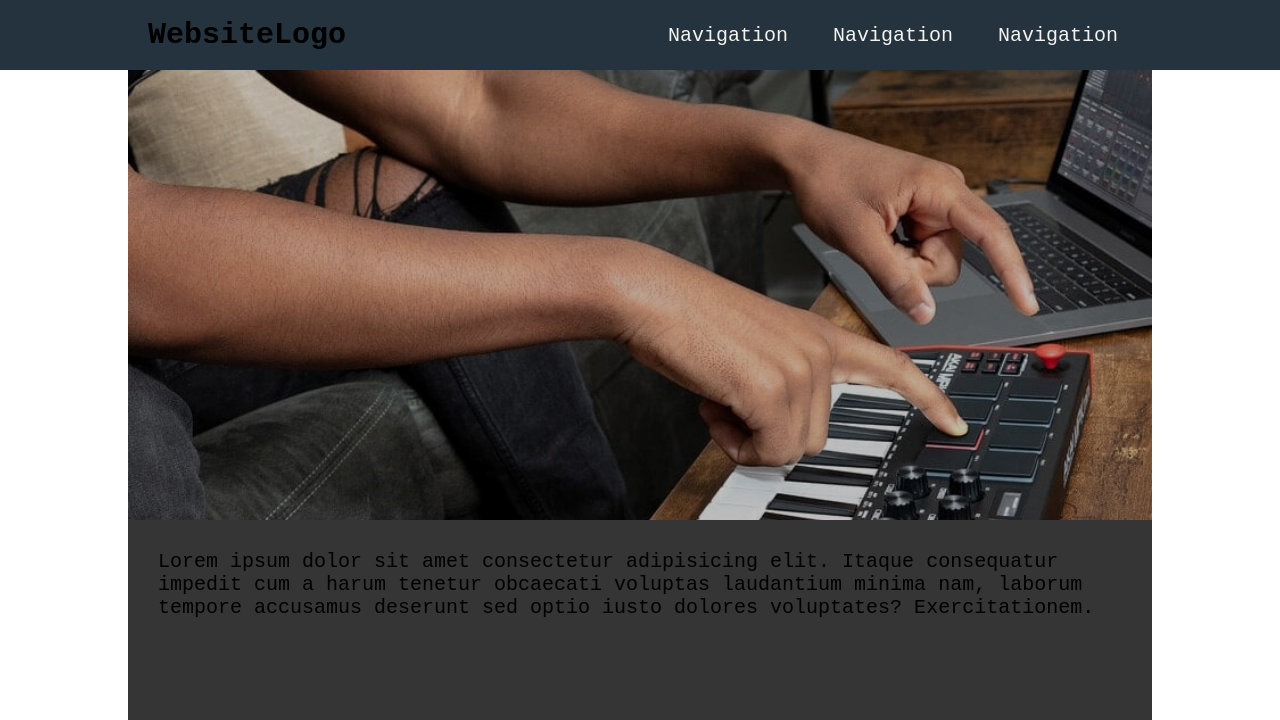
Repository: piotrokrutniak/Projekt-Studia
Page: index.html
These files come from the project's save history. The page is drawn as it stood at one moment and after the next save; the edit follows.
The browser window is 1280 px wide. The pictures show the whole page.

Above is the page before, as saved 2023-03-04 14:13:24.

### index.html
<!DOCTYPE html>
<head>
    <meta charset="UTF-8" />
    <meta http-equiv="X-UA-Compatible" content="IE=edge" />
    <meta name="viewport" content="width=device-width, initial-scale=1.0" />
    <link rel="stylesheet" type="text/css" href="styles.css" />
    <title>Website Title</title>
</head>
<body>
    <div class="navbar-container">
        <div class="navbar">
            <div class="logo">
                <div class="logo-contents">
                    WebsiteLogo
                </div>
            </div>
            <div class="navigation">
                <a href="/index" class="navigation-link">
                    <div class="navigation-button">
                        Navigation
                    </div>
                </a>
                <a href="/index" class="navigation-link">
                    <div class="navigation-button">
                        Navigation
                    </div>
                </a>
                <a href="/index" class="navigation-link">
                    <div class="navigation-button">
                        Navigation
                    </div>
                </a>
            </div>
        </div>
    </div>

    <div class="main-section">
        <div class="carousel-section">
            <img class="carousel-img" src="img/Hero-2.jpg" alt="MIDI controller on a table">
            <div class="carousel-desc">
                Lorem ipsum dolor sit amet consectetur adipisicing elit. Itaque consequatur impedit cum a harum tenetur obcaecati voluptas laudantium minima nam, laborum tempore accusamus deserunt sed optio iusto dolores voluptates? Exercitationem.

            </div>
        </div>
        <div class="text-section">
        Lorem ipsum dolor sit amet consectetur adipisicing elit. Itaque consequatur impedit cum a harum tenetur obcaecati voluptas laudantium minima nam, laborum tempore accusamus deserunt sed optio iusto dolores voluptates? Exercitationem.
        </div>
    </div>
</body>

### styles.css
:root{
    --nav-link-width: 150px;
}

body{
    font-family: monospace;
    margin: 0;
    min-width: 328px;
}

.navbar-container{
    width: 100%;
    height: 70px;
    background: rgb(36, 51, 61);
    position: sticky;
    top: 0;
    max-width: 100%;
    overflow: hidden;

}

.navbar{
    position: relative;
    max-width: 1024px;
    min-width: 328px;
    height: 50px;
    top: 0px;
    margin: auto;
    display: flex;
    flex-direction:row;
    justify-content: space-between;
    top: 50%;
    -ms-transform: translateY(-50%);
    transform: translateY(-50%);
    font-size: 20px;
}

a{
    text-decoration: none;
    color:rgba(245, 242, 238);
}

.navigation{
    display: grid;
    grid-template-columns: var(--nav-link-width) var(--nav-link-width) var(--nav-link-width);
    grid-gap: 15px;
    padding-right: 20px;
}

.navigation-link{
    position: relative;
    padding-left: 15px;
    padding-right: 15px;
    transition: 0.15s;
    transition-timing-function: ease-in-out;
    border: 1px solid;
    border-radius: 5px;
    border-color: rgba(255, 255, 255, 0);
}

.navigation-link:hover{
    border-color: rgba(255, 255, 255, 0.103);

}

.navigation-button{
    text-align: center;
    position: relative;
    top: 50%;
    -ms-transform: translateY(-50%);
    transform: translateY(-50%);
}

.logo{
    position: relative;
    height: 49px;
    padding-left: 20px;
    padding-right: 20px;
    font-weight: 900;
    font-size: 30px;
}

.logo-contents{
    text-align: center;
    position: relative;
    top: 50%;
    -ms-transform: translateY(-50%);
    transform: translateY(-50%);
}

.main-section{
    position: relative;
    max-width: 1024px;
    min-width: 328px;
    min-height: calc(100vh - 70px);
    margin: auto;
    font-size: 20px;
    background: rgb(53, 53, 53);
}

.carousel-section{
    position: relative;
    width: 100%;
    height: 450px;
    background: floralwhite;
}

@media screen and (max-width:750px){
    .carousel-section{
        min-height: 300px;
        height: auto;
    }
}

.carousel-section{
    background: black;
    max-width: 100%;
    width: 100%;
    text-align:center;
    position: sticky;
    margin: auto;
    max-height:calc(100vh - 80px);
    min-height: 250px;
    overflow: hidden;
}

.carousel-img{
    width: 100%;
    max-height:calc(100vh - 80px);
    display: flex;
    position: sticky;
    flex-shrink:0;
    object-fit:cover;
    min-height: 250px;

    object-fit: cover;
    opacity: 0.75;
}

.carousel-desc{
    position: absolute;
    top: -200px;
    width: 100%;
    background: rgba(0, 0, 0, 0.315);
    height: 25%;
    min-height: 50px;
    width: 100%;
}

.text-section{
    padding: 30px;
}

After the next save:
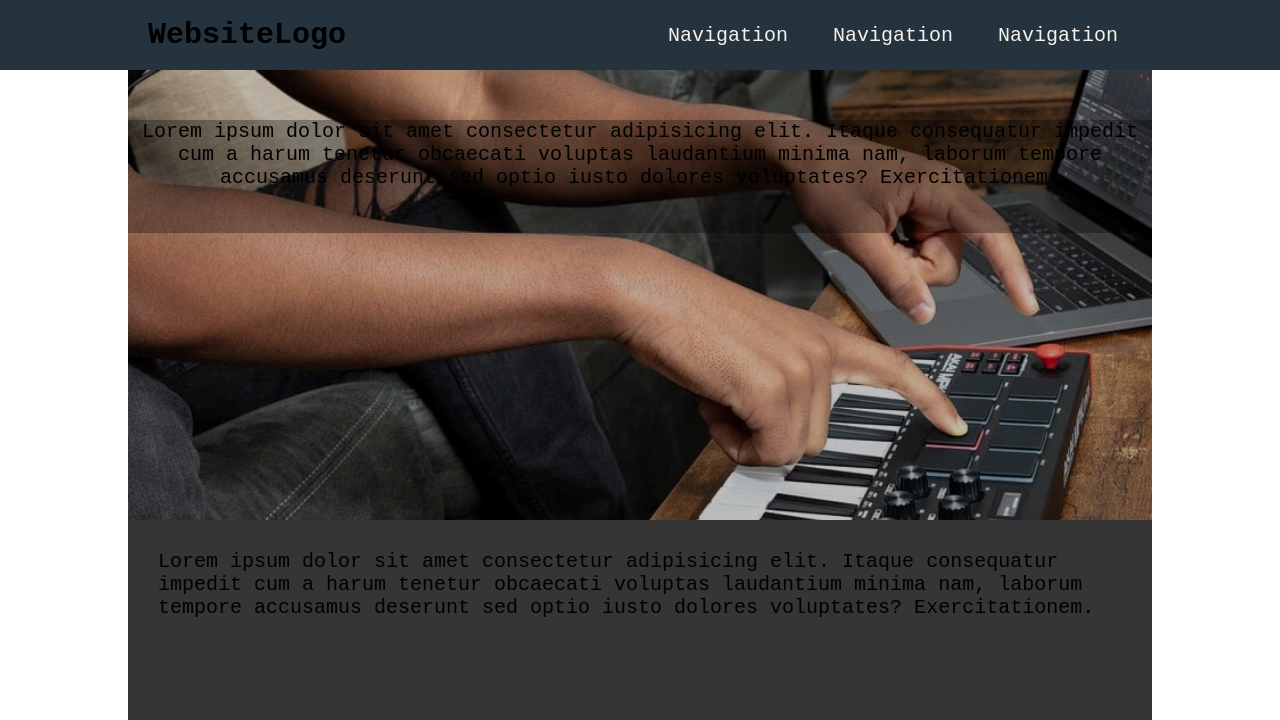
Saved 6 s later.
--- a/styles.css
+++ b/styles.css
@@ -139,7 +139,7 @@ a{
 
 .carousel-desc{
     position: absolute;
-    top: -200px;
+    top: 50px;
     width: 100%;
     background: rgba(0, 0, 0, 0.315);
     height: 25%;
